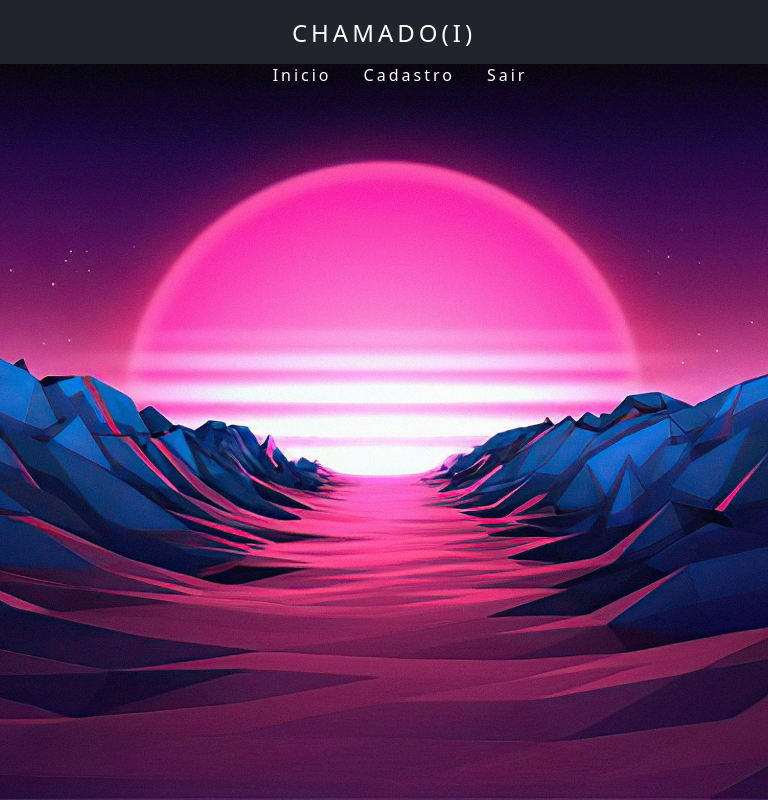
Repository: isaquemc2001/isaque-utilities
Page: index.html
These files come from the project's save history. The page is drawn as it stood at one moment and after the next save; the edit follows.
The browser window is 768 px wide. The pictures show the whole page.

Above is the page before, as saved 2021-10-28 09:17:21.

After the next save:
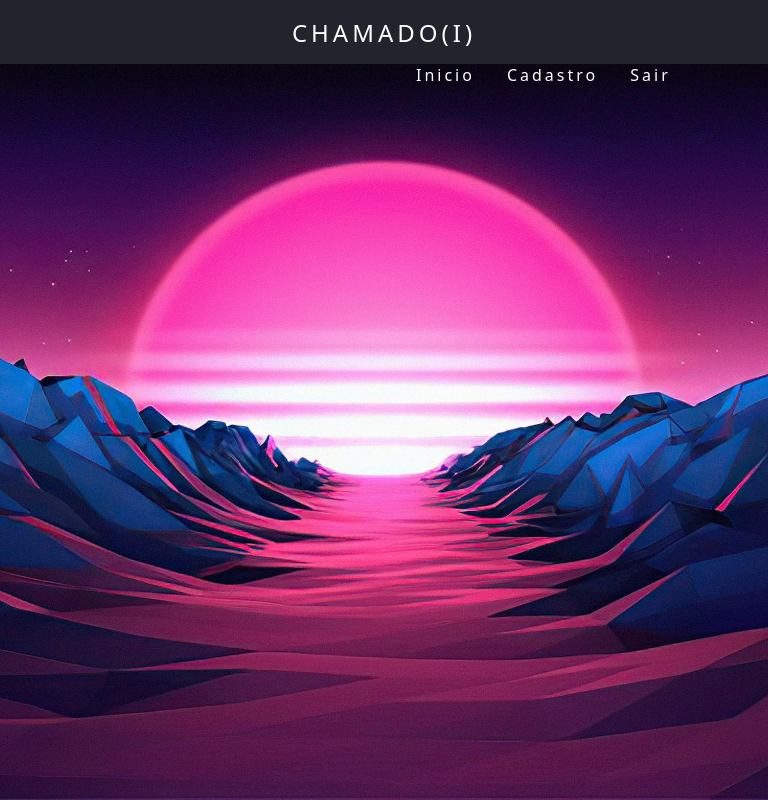
Saved 27 s later.
--- a/style.css
+++ b/style.css
@@ -60,5 +60,7 @@ main{
     .nav-list {
         position: absolute;
         top: 8vh;
+        right: 0;
+        width: 50vw;
     }
 }
